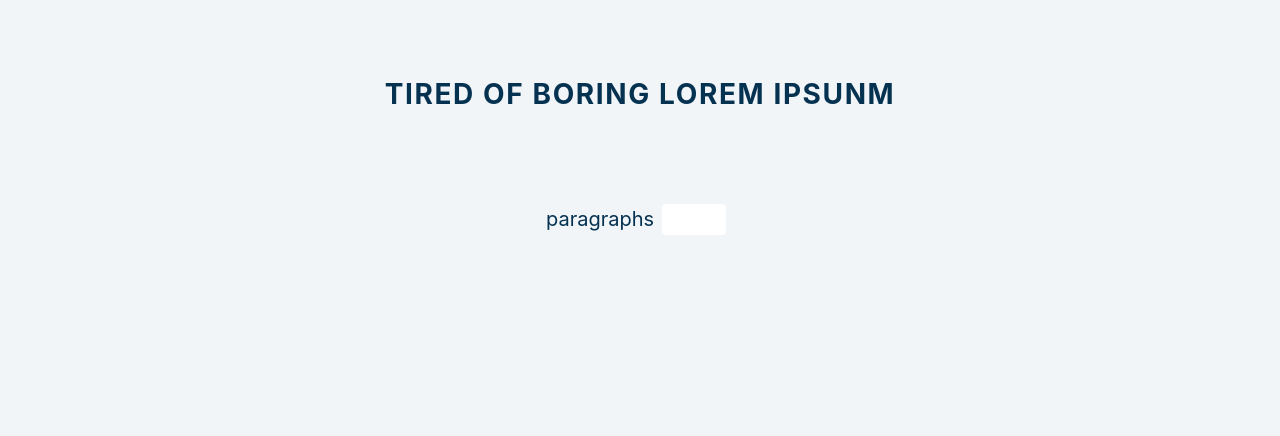
Repository: bodescuanamariia/lorem-ipsum-generator
Page: /
These files come from the project's save history. The page is drawn as it stood at one moment and after the next save; the edit follows.
The browser window is 1280 px wide. The pictures show the whole page.
The project was rebuilt for these pictures with package versions that can differ from the ones it lists, and the page was loaded fresh each time.

Above is the page before, as saved 2022-04-27 10:16:45.

After the next save:
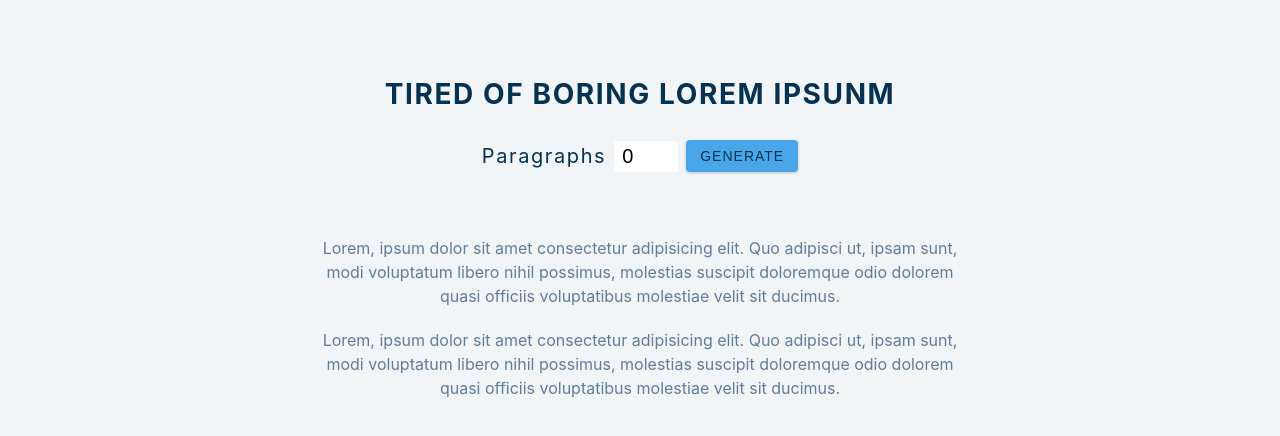
Saved 119 s later.
--- a/src/App.js
+++ b/src/App.js
@@ -11,9 +11,33 @@ function App() {
     <>
       <section className="section-center">
         <h3>Tired of boring lorem ipsunm</h3>
-        <form className="lorem-form" onSubmit={handleSubmit}></form>
-        <label htmlFor="amount">paragraphs</label>
-        <input type="number" name="amount" id="amount" />
+        <form className="lorem-form" onSubmit={handleSubmit}>
+          <label htmlFor="amount">paragraphs</label>
+          <input
+            type="number"
+            name="amount"
+            id="amount"
+            value={count}
+            onChange={(e) => setCount(e.target.value)}
+          />
+          <button className="btn" type="submit">
+            generate
+          </button>
+        </form>
+        <article className="lorem-text">
+          <p>
+            Lorem, ipsum dolor sit amet consectetur adipisicing elit. Quo
+            adipisci ut, ipsam sunt, modi voluptatum libero nihil possimus,
+            molestias suscipit doloremque odio dolorem quasi officiis
+            voluptatibus molestiae velit sit ducimus.
+          </p>
+          <p>
+            Lorem, ipsum dolor sit amet consectetur adipisicing elit. Quo
+            adipisci ut, ipsam sunt, modi voluptatum libero nihil possimus,
+            molestias suscipit doloremque odio dolorem quasi officiis
+            voluptatibus molestiae velit sit ducimus.
+          </p>
+        </article>
       </section>
     </>
   );
